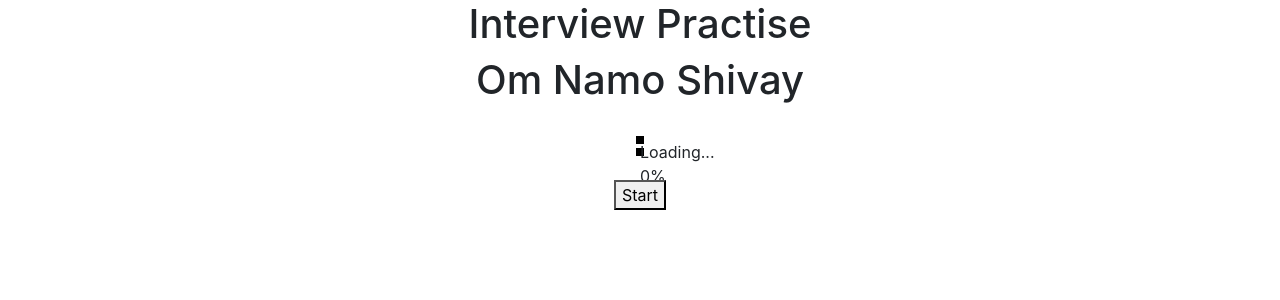
Repository: punitbathija/Machine-Round-React
Page: /
The author's editor kept a copy of each file at every save. The page is drawn from the files as they stood at one save, then again after the next save.
The browser window is 1280 px wide. The pictures show the whole page.
The project was rebuilt for these pictures with package versions that can differ from the ones it lists, and the page was loaded fresh each time. Also part of the build but not shown: src/components/counter.jsx.

Above is the page before, as saved 2023-06-01 12:44:38.

After the next save:
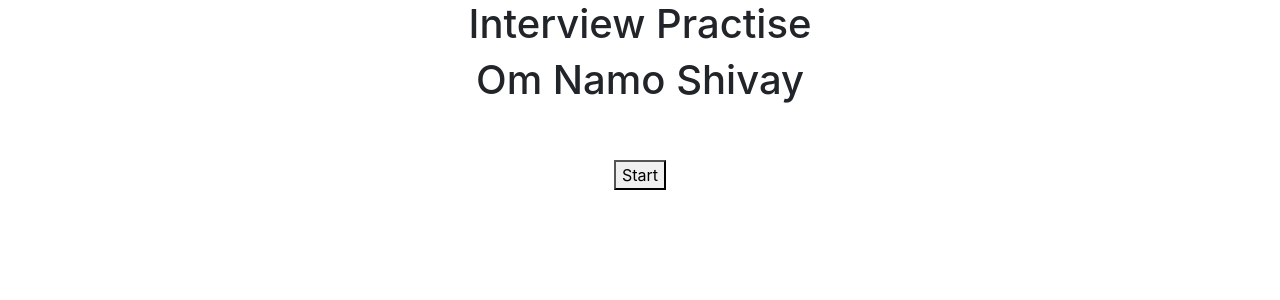
Saved 25 s later.
--- a/src/components/ProgressBar.js
+++ b/src/components/ProgressBar.js
@@ -24,19 +24,21 @@ const ProgressBar = () => {
     >
       <h1>Om Namo Shivay</h1>
       <br />
-      <div
-        style={{
-          textAlign: "center",
-          height: "20px",
-          width: `${progress}%`,
-          backgroundColor: "linear-gradient(to right, #1c92d2, #f2fcfe)",
-          //   color: "white",
-          transition: "ease",
-          border: "4px dashed black",
-        }}
-      >
-        Loading... {progress}%
-      </div>
+      {isRunning && (
+        <div
+          style={{
+            textAlign: "center",
+            height: "20px",
+            width: `${progress}%`,
+            backgroundColor: "linear-gradient(to right, #1c92d2, #f2fcfe)",
+            //   color: "white",
+            transition: "ease",
+            border: "4px dashed black",
+          }}
+        >
+          Loading... {progress}%
+        </div>
+      )}
       <br />
       <button onClick={() => setIsRunning(true)}>Start</button>
     </div>
